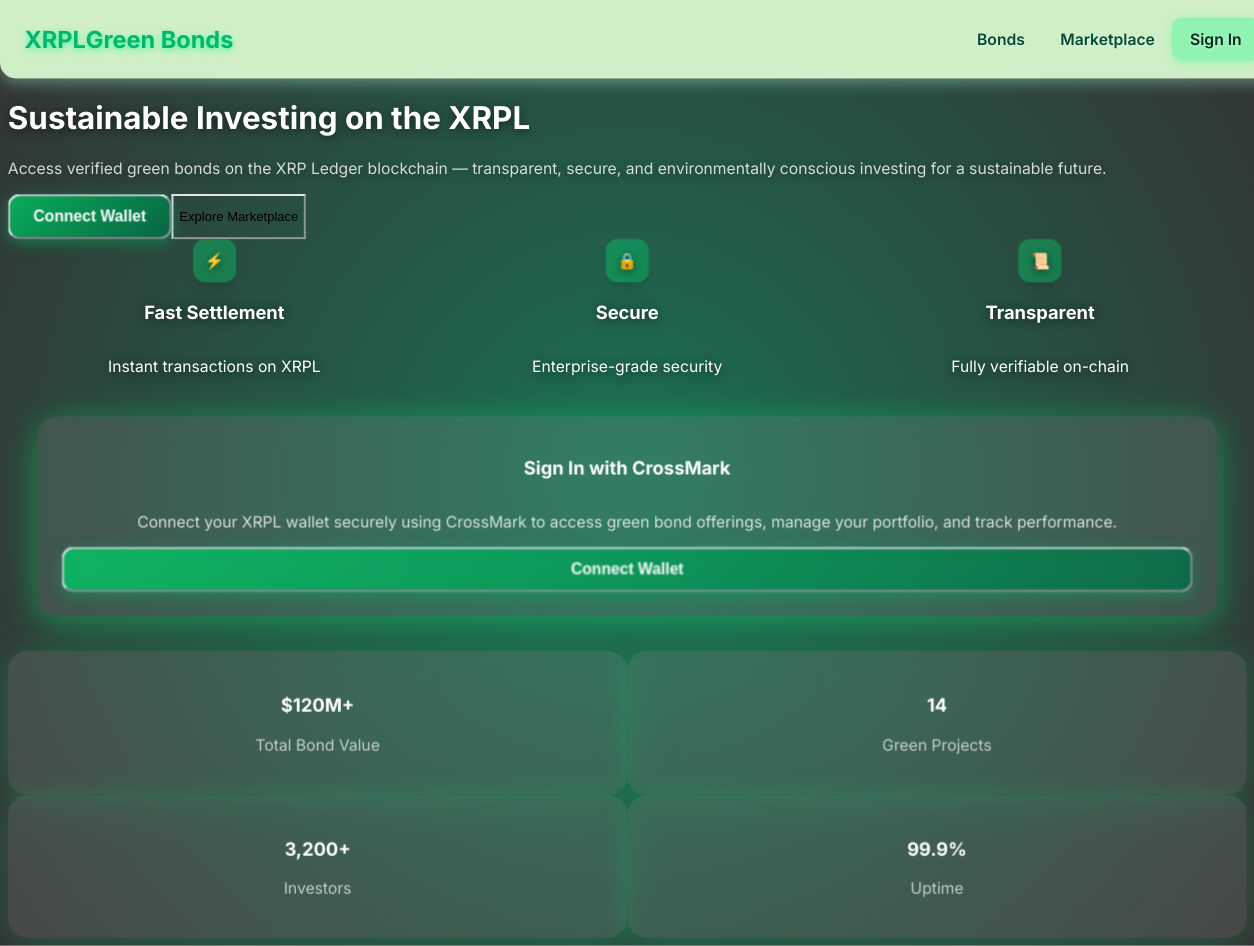
Repository: pbryzek/hackathon-xrpl
Page: / (app in frontend/)
The author's editor kept a copy of each file at every save. The page is drawn from the files as they stood at one save, then again after the next save.
The browser window is 1280 px wide. The pictures show the whole page, at 98% of full size.
The pointer rests on the first visible `.glass-card`.
The project was rebuilt for these pictures with package versions that can differ from the ones it lists, and the page was loaded fresh each time. Also part of the build but not shown: frontend/vite.config.ts, frontend/src/pages/BondSelection.tsx, frontend/src/lib/utils.ts, frontend/src/components/ui/button.tsx, frontend/src/components/ui/input.tsx, frontend/src/components/ui/label.tsx, frontend/src/components/ui/tabs.tsx, frontend/src/components/ui/chip.tsx and 14 more.

Above is the page before, as saved 2025-03-15 13:14:25.

### frontend/index.html
<!DOCTYPE html>
<html lang="en">
  <head>
    <meta charset="UTF-8" />
    <meta name="viewport" content="width=device-width, initial-scale=1.0" />
    <title>buy-sell-bonds</title>
    <meta name="description" content="Lovable Generated Project" />
    <meta name="author" content="Lovable" />
    <meta property="og:image" content="/og-image.png" />
  </head>

  <body>
    <div id="root"></div>
    <!-- IMPORTANT: DO NOT REMOVE THIS SCRIPT TAG OR THIS VERY COMMENT! -->
    <script src="https://cdn.gpteng.co/gptengineer.js" type="module"></script>
    <script type="module" src="/src/main.tsx"></script>
  </body>
</html>

### frontend/src/main.tsx
import { createRoot } from 'react-dom/client'
import App from './App.tsx'
import './index.css'
import './index1.css'

createRoot(document.getElementById("root")!).render(<App />);

### frontend/src/App.tsx
import React from "react";
import { BrowserRouter as Router, Routes, Route } from "react-router-dom";
import BondSelection from "./pages/BondSelection";
import CrossMarkAuth from "./pages/CrossMarkAuth";
import Index from "./pages/Index";
import NotFound from "./pages/NotFound";
// ✅ Import the Header Component
import Header from "./components/ui/header";
import "./index.css"; // ✅ Ensure Tailwind is applied
import "./index1.css"; // ✅ Ensure Tailwind is applied


const App: React.FC = () => {
  return (
    <Router>
      <div className="flex flex-col min-h-screen bg-background text-foreground">
        <Header />
        <main className="flex-grow p-4">
          <Routes>
            <Route path="/" element={<CrossMarkAuth />} />
            <Route path="/bonds" element={<BondSelection />} />
            <Route path="/marketplace" element={<Index />} />
            <Route path="*" element={<NotFound />} />
          </Routes>
        </main>
      </div>
    </Router>
  );
};

export default App;

### frontend/src/index.css
@import url('https://fonts.googleapis.com/css2?family=Inter:wght@100;200;300;400;500;600;700;800;900&display=swap');

@tailwind base;
@tailwind components;
@tailwind utilities;


@layer base {
  :root {
    --background: 210 40% 98%;
    --foreground: 222 47% 11%;

    --card: 0 0% 100%;
    --card-foreground: 222 47% 11%;

    --popover: 0 0% 100%;
    --popover-foreground: 222 47% 11%;

    --primary: 221 83% 53%;
    --primary-foreground: 210 40% 98%;

    --secondary: 210 40% 96%;
    --secondary-foreground: 222 47% 11%;

    --muted: 210 40% 96%;
    --muted-foreground: 220 16% 46%;

    --accent: 210 40% 96%;
    --accent-foreground: 222 47% 11%;

    --destructive: 0 84% 60%;
    --destructive-foreground: 210 40% 98%;

    --border: 220 14% 90%;
    --input: 220 14% 90%;
    --ring: 221 83% 53%;

    --radius: 0.8rem;

    --bond-blue: 221 83% 53%;
    --bond-blue-light: 213 94% 68%;
    --bond-blue-dark: 224 76% 48%;
    --bond-gray: 220 14% 90%;
    --bond-gray-light: 220 14% 95%;
    --bond-gray-dark: 218 11% 80%;
    --bond-green: 142 76% 36%;
    --bond-red: 0 84% 60%;
  }

  .dark {
    --background: 222 47% 11%;
    --foreground: 210 40% 98%;

    --card: 222 47% 11%;
    --card-foreground: 210 40% 98%;

    --popover: 222 47% 11%;
    --popover-foreground: 210 40% 98%;

    --primary: 217 91% 60%;
    --primary-foreground: 222 47% 11%;

    --secondary: 217 33% 17%;
    --secondary-foreground: 210 40% 98%;

    --muted: 217 33% 17%;
    --muted-foreground: 215 20% 65%;

    --accent: 217 33% 17%;
    --accent-foreground: 210 40% 98%;

    --destructive: 0 63% 31%;
    --destructive-foreground: 210 40% 98%;

    --border: 217 33% 17%;
    --input: 217 33% 17%;
    --ring: 224 76% 48%;
  }
}

@layer base {
  body {
    background-color: hsl(var(--background));
    color: hsl(var(--foreground));
  }
}

.glass-panel {
  background-color: rgba(255, 255, 255, 0.9);
  backdrop-filter: blur(12px);
  border: 1px solid rgba(255, 255, 255, 0.4);
  box-shadow: 0 4px 6px -1px rgba(0, 0, 0, 0.1), 0 2px 4px -1px rgba(0, 0, 0, 0.06);
}

.animate-enter {
  animation: fade-in 0.4s forwards, slide-up 0.4s forwards;
}

.bond-hover {
  transition: all 0.2s ease-out;
}

.bond-hover:hover {
  transform: translateY(-2px);
}

/* Scrollbar styling */
::-webkit-scrollbar {
  width: 6px;
  height: 6px;
}

::-webkit-scrollbar-track {
  background: transparent;
}

::-webkit-scrollbar-thumb {
  background: hsl(var(--bond-gray-dark));
  border-radius: 6px;
}

::-webkit-scrollbar-thumb:hover {
  background: hsl(var(--bond-blue-light));
}

/* ✅ Floating effect for navbar */
header {
  box-shadow: 0px 4px 30px rgba(0, 255, 128, 0.3);
}

### frontend/src/index1.css
@tailwind base;
@tailwind components;
@tailwind utilities;

@layer base {
  :root {
    --background: 0 0% 100%;
    --foreground: 222.2 84% 4.9%;

    --card: 0 0% 100%;
    --card-foreground: 222.2 84% 4.9%;

    --popover: 0 0% 100%;
    --popover-foreground: 222.2 84% 4.9%;

    --primary: 142 64% 24%;
    --primary-foreground: 210 40% 98%;

    --secondary: 210 40% 96.1%;
    --secondary-foreground: 222.2 47.4% 11.2%;

    --muted: 210 40% 96.1%;
    --muted-foreground: 215.4 16.3% 46.9%;

    --accent: 142 76% 73%;
    --accent-foreground: 222.2 47.4% 11.2%;

    --destructive: 0 84.2% 60.2%;
    --destructive-foreground: 210 40% 98%;

    --border: 214.3 31.8% 91.4%;
    --input: 214.3 31.8% 91.4%;
    --ring: 142 64% 24%;

    --radius: 0.5rem;
  }

  @layer base {
    body {
      background: radial-gradient(circle, rgba(2, 96, 64, 0.9) 0%, rgba(0, 0, 0, 0.8) 100%);
      color: white;
      font-family: "Inter", sans-serif;
      margin-top: 80px; /* Ensures space below the fixed header */
    }
  }

  .dark {
    --background: 222.2 84% 4.9%;
    --foreground: 210 40% 98%;

    --card: 222.2 84% 4.9%;
    --card-foreground: 210 40% 98%;

    --popover: 222.2 84% 4.9%;
    --popover-foreground: 210 40% 98%;

    --primary: 143 65% 42%;
    --primary-foreground: 222.2 47.4% 11.2%;

    --secondary: 217.2 32.6% 17.5%;
    --secondary-foreground: 210 40% 98%;

    --muted: 217.2 32.6% 17.5%;
    --muted-foreground: 215 20.2% 65.1%;

    --accent: 143 70% 30%;
    --accent-foreground: 210 40% 98%;

    --destructive: 0 62.8% 30.6%;
    --destructive-foreground: 210 40% 98%;

    --border: 217.2 32.6% 17.5%;
    --input: 217.2 32.6% 17.5%;
    --ring: 142.5 76.5% 73.3%;
  }
}

@layer base {
  * {
    border-color: hsl(var(--border));
  }
  body {
    background-color: hsl(var(--background));
    color: hsl(var(--foreground));
  }
}

@keyframes float {
  0% { transform: translateY(0px); }
  50% { transform: translateY(-10px); }
  100% { transform: translateY(0px); }
}

/* Global Removal of Underline */
a {
  text-decoration: none !important;
}

/* Global Styles */
body {
  background: radial-gradient(circle, rgba(2, 96, 64, 0.9) 0%, rgba(0, 0, 0, 0.8) 100%);
  color: white;
  font-family: "Inter", sans-serif;
}

/* Floating Animation */
.floating {
  animation: float 3s ease-in-out infinite;
}

/* Glassmorphism Components */
.glass-effect {
  background-color: rgba(255, 255, 255, 0.1);
  backdrop-filter: blur(15px);
  box-shadow: 0 4px 15px rgba(0, 0, 0, 0.2);
}

/* Enhanced Lightened Glassmorphism Navbar */
.header {
  background: rgba(221, 253, 211, 0.931);
  backdrop-filter: blur(20px);
  box-shadow: 0 4px 15px rgba(187, 253, 220, 0.4);
  padding: 18px 25px;
  border-radius: 0 0 16px 16px;
  position: fixed;
  /* margin-bottom: 500px; */
  top: 0;
  left: 0;
  width: 100%;
  z-index: 50;
}

/* Navbar Links */
.nav-link {
  color: rgb(0, 77, 51) !important;
  font-size: 1rem;
  font-weight: 600;
  text-shadow: 0px 1px 3px rgba(255, 255, 255, 0.5);
  padding: 12px 18px;
  border-radius: 10px;
  transition: all 0.3s ease-in-out;
  text-decoration: none;
}

.nav-link:hover {
  background: rgba(0, 255, 128, 0.2);
  color: rgb(0, 40, 27) !important;
  transform: translateY(-2px);
}

.nav-link.active {
  background: rgba(0, 255, 128, 0.3);
  color: rgb(0, 40, 27) !important;
  box-shadow: 0 2px 10px rgba(0, 255, 128, 0.3);
}

/* Fix nav link positioning */
.links {
  position: relative;
  margin-right: 20px;
}

/* Logo Styling */
.logo {
  font-size: 1.5rem;
  font-weight: bold;
  color: #03b66e;
  text-shadow: 0px 2px 6px rgba(0, 255, 128, 0.7);
  transition: all 0.3s ease;
}

.logo:hover {
  text-shadow: 0px 2px 10px rgba(0, 255, 128, 0.9);
  transform: scale(1.03);
}

/* Glass Card */
.glass-card {
  background: rgba(255, 255, 255, 0.1);
  backdrop-filter: blur(15px);
  box-shadow: 0px 4px 30px rgba(0, 255, 128, 0.2);
  padding: 25px;
  border-radius: 20px;
  transition: all 0.3s ease-in-out;
}

.glass-card:hover {
  box-shadow: 0px 6px 35px rgba(0, 255, 128, 0.4);
  transform: translateY(-5px);
  margin: 30px;
}

/* Glass Button */
.glass-button {
  background: linear-gradient(135deg, rgba(0, 200, 100, 0.8), rgba(0, 110, 70, 0.8));
  color: white;
  padding: 12px 24px;
  border-radius: 12px;
  font-size: 16px;
  font-weight: bold;
  backdrop-filter: blur(15px);
  box-shadow: 0px 4px 15px rgba(0, 180, 100, 0.5);
  transition: all 0.3s ease-in-out;
}

.glass-button:hover {
  background: linear-gradient(135deg, rgba(0, 220, 110, 0.9), rgba(0, 130, 80, 0.9));
  transform: translateY(-3px);
  box-shadow: 0px 6px 20px rgba(0, 255, 128, 0.6);
}

.glass-button:disabled {
  background: rgba(100, 100, 100, 0.3);
  cursor: not-allowed;
  box-shadow: none;
  color: rgba(255, 255, 255, 0.5);
}

/* Hero Section Styling */
.hero-container {
  margin-top: 120px;
  padding: 2rem;
}

.hero-text {
  text-shadow: 0 2px 10px rgba(0, 0, 0, 0.5);
}

.feature-icon {
  background: linear-gradient(to bottom right, rgba(0, 255, 128, 0.3), rgba(0, 200, 100, 0.4));
  padding: 0.75rem;
  border-radius: 0.75rem;
  backdrop-filter: blur(4px);
  box-shadow: 0 10px 15px -3px rgba(0, 0, 0, 0.1), 0 4px 6px -2px rgba(0, 0, 0, 0.05);
}

### frontend/src/pages/CrossMarkAuth.tsx

import React, { useState, useEffect } from "react";
import sdk from "@crossmarkio/sdk";
import * as xrpl from "xrpl";
import { useNavigate } from "react-router-dom";
import { toast } from "sonner";

const CrossMarkAuth: React.FC = () => {
  const [account, setAccount] = useState<string | null>(null);
  const [balance, setBalance] = useState<string | null>(null);
  const [isLoading, setIsLoading] = useState<boolean>(false);
  const navigate = useNavigate();

  useEffect(() => {
    console.log("Crossmark session will not restore automatically.");
    // Do NOT check localStorage or auto-authenticate
  }, []);

  const signInWithCrossmark = async () => {
    setIsLoading(true);
    try {
      console.log("User clicked sign-in, starting authentication...");

      // Step 1: Authenticate via Crossmark
      const { response } = await sdk.methods.signInAndWait();
      if (!response || !response.data || !response.data.address) {
        throw new Error("Failed to authenticate with Crossmark");
      }

      const userAccount = response.data.address;
      setAccount(userAccount);
      fetchBalance(userAccount);

      // Step 2: Authentication successful, inform user
      toast.success("Successfully connected to CrossMark wallet");

      // Navigate to bonds after successful authentication
      setTimeout(() => {
        navigate("/bonds");
      }, 1500);

    } catch (error) {
      console.error("Crossmark sign-in failed:", error);
      toast.error("Failed to connect to CrossMark wallet");
    } finally {
      setIsLoading(false);
    }
  };

  const fetchBalance = async (walletAddress: string) => {
    try {
      const client = new xrpl.Client("wss://s.altnet.rippletest.net/");
      await client.connect();
      const response = await client.request({
        command: "account_info",
        account: walletAddress,
        ledger_index: "validated",
      });
      const xrpBalance = xrpl.dropsToXrp(response.result.account_data.Balance);
      setBalance(xrpBalance.toString());
      client.disconnect();
    } catch (error) {
      console.error("Error fetching balance:", error);
    }
  };

  const handleMarketplaceClick = () => {
    navigate("/marketplace");
  };

  return (
    <div className="container mx-auto mt-60 px-4">
      <div className="grid grid-cols-1 lg:grid-cols-2 gap-12 items-center">
        {/* Hero Section */}
        <div className="space-y-6 hero-text">
          <h1 className="text-6xl md:text-7xl lg:text-8xl font-bold leading-tight">
            Sustainable Investing on the <span className="text-green-400">XRPL</span>
          </h1>
          <p className="text-xl opacity-80 max-w-xl">
            Access verified green bonds on the XRP Ledger blockchain — transparent,
            secure, and environmentally conscious investing for a sustainable future.
          </p>
          <div className="pt-4 flex flex-wrap gap-4">
            <button
              onClick={signInWithCrossmark}
              disabled={isLoading}
              className="glass-button"
            >
              {isLoading ? "Connecting..." : "Connect Wallet"}
            </button>
            <button
              onClick={handleMarketplaceClick}
              className="bg-transparent text-white px-6 py-3 rounded-xl
                        hover:bg-white/10 transition-all duration-300"
            >
              Explore Marketplace
            </button>
          </div>

          {/* Key Features */}
          <div className="flex justify-center gap-8 mt-40 text-center">
            {[
              { title: "Fast Settlement", description: "Instant transactions on XRPL", icon: "⚡" },
              { title: "Secure", description: "Enterprise-grade security", icon: "🔒" },
              { title: "Transparent", description: "Fully verifiable on-chain", icon: "📜" },
            ].map((feature, index) => (
              <div key={index} className="flex flex-col items-center p-8 bg-white/10 rounded-lg shadow-xl w-1/3">
                <div className="feature-icon flex items-center justify-center w-14 h-14 bg-green-600/30 rounded-full mb-4">
                  <span className="text-3xl">{feature.icon}</span>
                </div>
                <h3 className="font-semibold text-xl text-white">{feature.title}</h3>
                <p className="text-md text-gray-300 mt-2">{feature.description}</p>
              </div>
            ))}
          </div>
        </div>

        {/* Authentication Card */}
        <div className="flex justify-center items-center">
          <div className="w-full max-w-md glass-card">
            <div className="flex flex-col space-y-1.5 p-6">
              <h3 className="text-2xl font-semibold leading-none tracking-tight text-center text-green-300">
                Sign In with CrossMark
              </h3>
            </div>
            <div className="p-6 pt-0 space-y-4">
              {!account ? (
                <>
                  <div className="flex justify-center p-6">
                    <div className="w-24 h-24 rounded-full bg-white/10 backdrop-blur-lg flex items-center justify-center shadow-lg shadow-green-500/20 floating">
                      <svg xmlns="http://www.w3.org/2000/svg" className="h-12 w-12 text-green-400" fill="none" viewBox="0 0 24 24" stroke="currentColor">
                        <path strokeLinecap="round" strokeLinejoin="round" strokeWidth={1.5} d="M9 12l2 2 4-4m5.618-4.016A11.955 11.955 0 0112 2.944a11.955 11.955 0 01-8.618 3.04A12.02 12.02 0 003 9c0 5.591 3.824 10.29 9 11.622 5.176-1.332 9-6.03 9-11.622 0-1.042-.133-2.052-.382-3.016z" />
                      </svg>
                    </div>
                  </div>
                  <p className="text-center text-sm opacity-80">
                    Connect your XRPL wallet securely using CrossMark to access green bond offerings, manage your portfolio, and track performance.
                  </p>
                </>
              ) : (
                <>
                  <div className="flex flex-col items-center space-y-4">
                    <div className="p-4 bg-green-800/20 rounded-lg">
                      <p className="text-lg text-white font-medium">Wallet Connected</p>
                      <p className="text-sm font-mono bg-black/20 p-2 rounded mt-2 break-all">{account}</p>
                      <p className="text-sm mt-3 text-green-300">Balance: {balance} XRP</p>
                    </div>
                  </div>
                </>
              )}
            </div>
            <div className="flex items-center p-6 pt-0 justify-center">
              <button
                onClick={signInWithCrossmark}
                disabled={isLoading || !!account}
                className={`glass-button w-full ${(isLoading || !!account) ? 'opacity-50 cursor-not-allowed' : ''}`}
              >
                {isLoading ? "Connecting..." : account ? "Connected" : "Connect Wallet"}
              </button>
            </div>
          </div>
        </div>
      </div>

      {/* Stats Section */}
      <div className="grid grid-cols-2 md:grid-cols-4 gap-4 md:gap-8 mt-100 mb-10">
        <div className="glass-card text-center">
          <h3 className="text-3xl md:text-4xl font-bold text-green-300">$120M+</h3>
          <p className="text-sm opacity-70">Total Bond Value</p>
        </div>
        <div className="glass-card text-center">
          <h3 className="text-3xl md:text-4xl font-bold text-green-300">14</h3>
          <p className="text-sm opacity-70">Green Projects</p>
        </div>
        <div className="glass-card text-center">
          <h3 className="text-3xl md:text-4xl font-bold text-green-300">3,200+</h3>
          <p className="text-sm opacity-70">Investors</p>
        </div>
        <div className="glass-card text-center">
          <h3 className="text-3xl md:text-4xl font-bold text-green-300">99.9%</h3>
          <p className="text-sm opacity-70">Uptime</p>
        </div>
      </div>
    </div>
  );
};

export default CrossMarkAuth;

### frontend/src/components/ui/header.tsx
import React from "react";
import { Link, useLocation } from "react-router-dom";

const Header: React.FC = () => {
  const location = useLocation();

  // Function to check if the link is active
  const isActive = (path: string) => location.pathname === path;

  return (
    <header className="header">
      <div className="container mx-auto flex justify-between items-center">
        {/* Logo */}
        <Link to="/" className="logo no-underline flex items-center gap-2">
          <span className="text-green-600">XRPL</span> Green Bonds
        </Link>

        {/* Navigation Links */}
        <div className="links">
          <nav className="flex space-x-6">
            <Link to="/bonds" className={`nav-link ${isActive('/bonds') ? 'active' : ''}`}>
              Bonds
            </Link>
            <Link to="/marketplace" className={`nav-link ${isActive('/marketplace') ? 'active' : ''}`}>
              Marketplace
            </Link>
            <Link to="/" className={`nav-link ${isActive('/') ? 'active' : ''}`}>
              Sign In
            </Link>
          </nav>
        </div>
      </div>
    </header>
  );
};

export default Header;

After the next save:
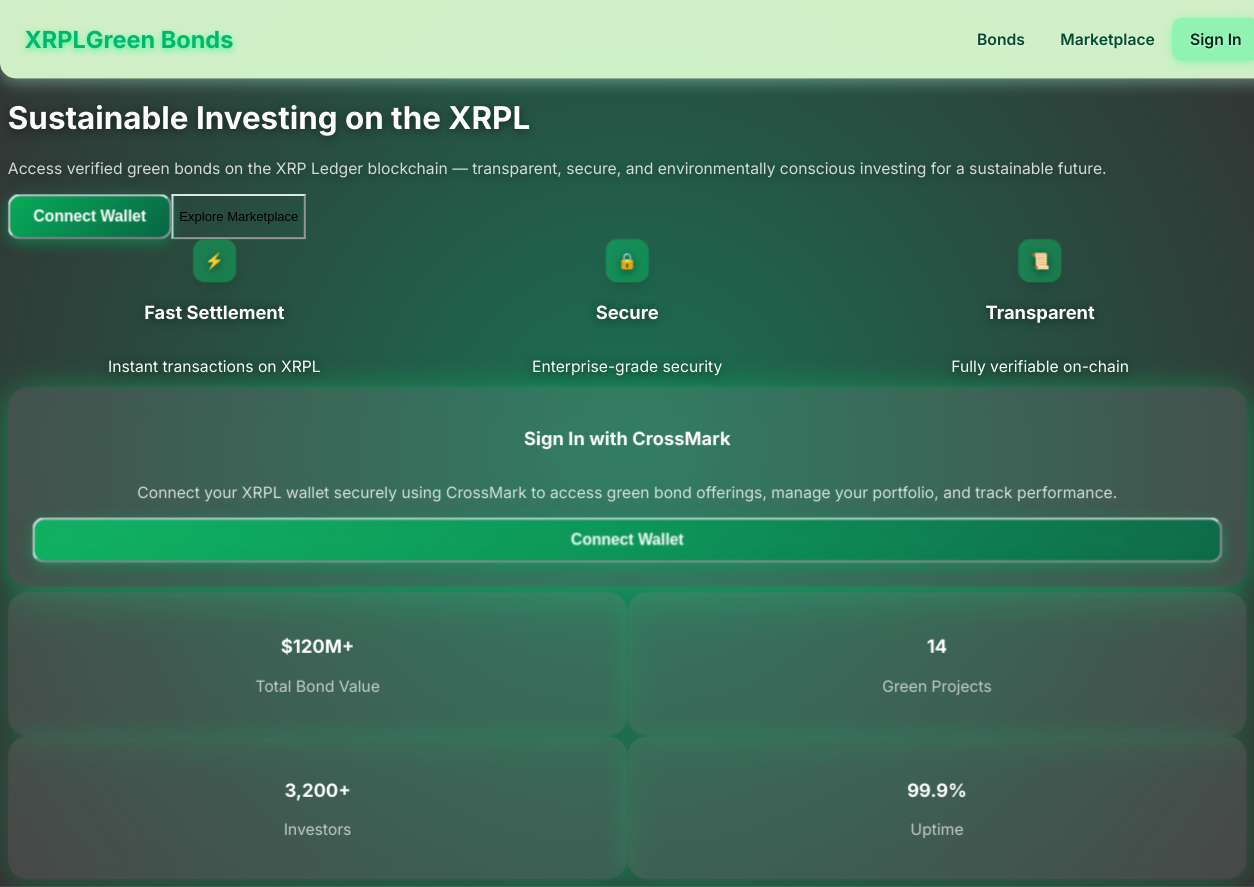
Saved 12 s later.
--- a/frontend/src/index1.css
+++ b/frontend/src/index1.css
@@ -187,7 +187,6 @@
 .glass-card:hover {
   box-shadow: 0px 6px 35px rgba(0, 255, 128, 0.4);
   transform: translateY(-5px);
-  margin: 30px;
 }
 
 /* Glass Button */
